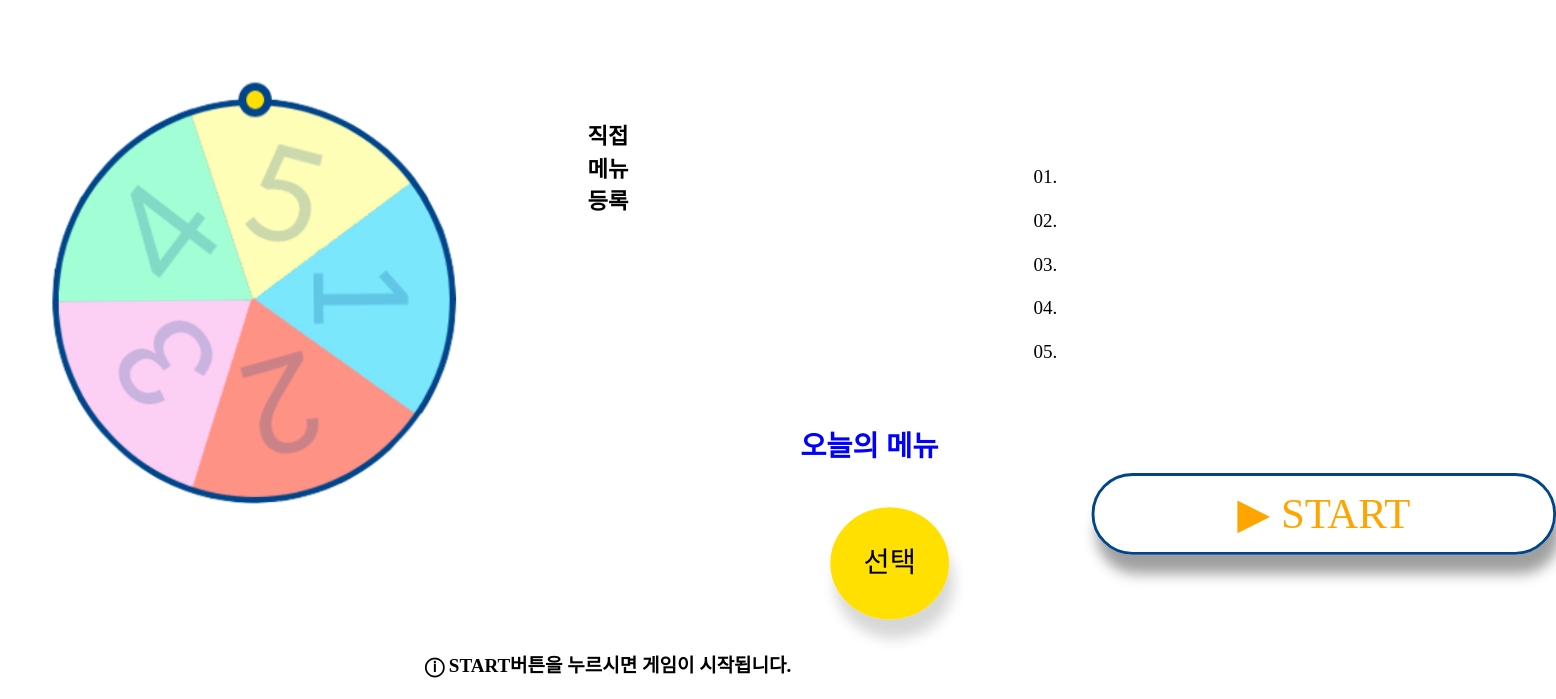
Repository: hkh00700/JustDoEat_Web
Page: http://localhost/justdoeat/WEB-INF/views/game/roulette.jsp
These files come from the project's save history. The page is drawn as it stood at one moment and after the next save; the edit follows.
The browser window is 1280 px wide. The page is 1638 px wide, so the pictures cover 1638 px, including what lies to the right of the window. The pictures show the whole page, at 95% of full size.
The page is served by Tomcat 9. Nobody is signed in. Other server files are loaded and not shown. The template is opened directly, without the code that normally fills it, so the values that code supplies are empty.

Above is the page before, as saved 2021-05-19 00:59:01.
Console error: TypeError: Cannot read properties of null (reading 'addEventListener')

### justdoeat/src/main/webapp/WEB-INF/views/game/roulette.jsp
<%@ page language="java" contentType="text/html; charset=UTF-8"
    pageEncoding="UTF-8"%>
<%@taglib uri="http://java.sun.com/jsp/jstl/core" prefix="c" %>
<!DOCTYPE html>
<html>
<head>
<meta charset="UTF-8">
<title>Insert title here</title>
<script type="text/javascript">
const roulette = document.querySelector(".roulette");
const trigger = document.querySelector(".trigger");
trigger.addEventListener("click", onClickTrigger);

function onClickTrigger(e) {
  roulette.classList.add("loop");
}

/* float rnd = Random.Range(0.0f, 0.5f);

this.transform.rotation = Quaternion.Euler(and, 0.0f, 0.0f);

Math.floor(Math.rand()*100) */


</script>

<style type="text/css">
@keyframes rotation {
   from {
     transform: rotate(0deg);
   }
   to {
     transform: rotate(7045deg);
   }
 }


.roulette.loop {
  animation: rotation 7s ease-in-out forwards;
}

.content{
position:relative;
height: 720px;
text-align: center;
font-size: 20px;
}
h3{
position:absolute;
margin-top:-350px;
margin-left: 600px;
right: 600px;

}
.num{
position:absolute;
margin-left: 1080px;
margin-top:-300px;

}
.menu{
position:absolute;
margin-left: 1160px;
margin-top: -300px;
}

.content img{

 width: 425.8px;
  height: 425.8px;
  margin: 19.4px 0 0;
  padding: 1.6px 56.6px 9.7px 46.9px;
  position:relative;
  top:70px;
  left: -600px;

}

#pin{
z-index:1;
position:relative;
left:-105px;
margin-top:100px;
width: 35px;
height: 36px;
margin: 0 194.9px 409.2px 195.9px;
padding: 9px 8px 8px;
}
h2{
margin-left:550px;
margin-top:-30px;
color: blue;

}
.content2 a:first-of-type{
width: 650px;
height: 120px;
margin: 40px 23px 42px 30px;
padding: 15px 150px 15px 150px;
border-radius: 60px;
box-shadow: 5px 20px 15px 0 rgba(0, 0, 0, 0.38);
border: solid 3px #00458a;
text-align: center;
font-size: 45px;
position: relative;
left: 750px;
color: orange;
}
.select{
 width: 100px;
  height: 100px;
  margin: 40px 157px 42px 23px;
  padding: 41px 35px 44px;
  box-shadow: 5px 20px 15px 0 rgba(0, 0, 0, 0.16);
  background-color: #ffe000;
  border-radius: 50%;
  font-size: 30px;
  margin-left: 750px;
}
.content2 img{
position: absolute;
top:-100px;
}
.roulette{
	 transform: rotate(50deg);
	 animation: rotation 7s ease-in-out forwards;
}

</style>
</head>
<body>
<div class="content">
<img src='imgs/pin.png'alt="룰렛" id="pin"/>
<img src='imgs/roulette.png' alt="룰렛" class="roulette"/>
	<h3>직접 메뉴 등록</h3>
	<div class="num">
	01.<br/><br/>
	02.<br/><br/>
	03.<br/><br/>
	04.<br/><br/>
	05.<br/><br/>
	</div>
	<div class="menu">
	 <c:forEach items="${edtos }" var="vo">
		 ${vo.food }            <br/><hr/>
	</c:forEach>
	</div>
	<div class="content2">
	<h2>오늘의 메뉴</h2>
	<a class="trigger">▶ START</a><img src='imgs/reset.png' alt="다시추천"/><a class='select'>선택</a>
	<br/><br/><br/><h4>ⓘ START버튼을 누르시면 게임이 시작됩니다.</h4>
	</div>
</div>
</body>
</html>

After the next save:
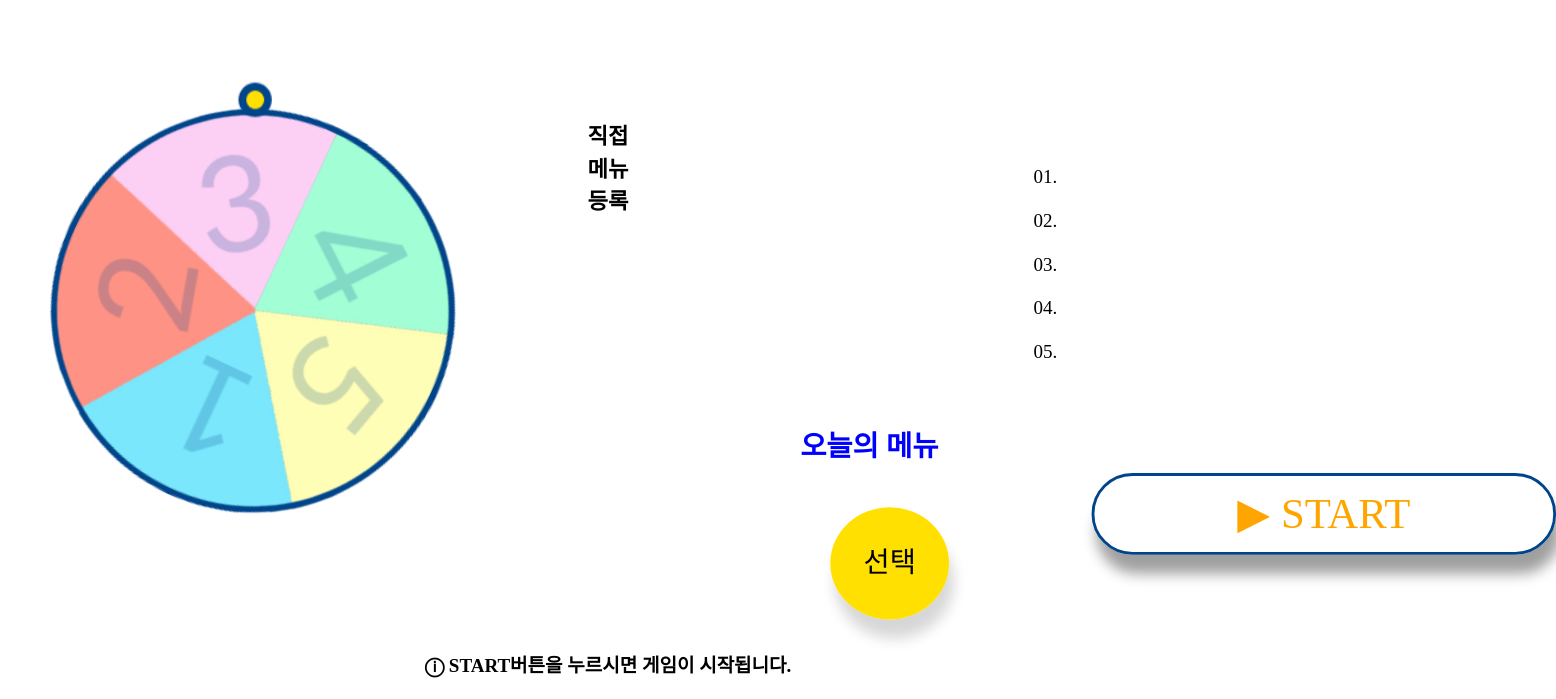
Saved 20 s later.
--- a/justdoeat/src/main/webapp/WEB-INF/views/game/roulette.jsp
+++ b/justdoeat/src/main/webapp/WEB-INF/views/game/roulette.jsp
@@ -123,7 +123,7 @@
 }
 .roulette{
 	 transform: rotate(50deg);
-	 animation: rotation 7s ease-in-out forwards;
+	 animation: rotation 5s ease-in-out forwards;
 }
 
 </style>
